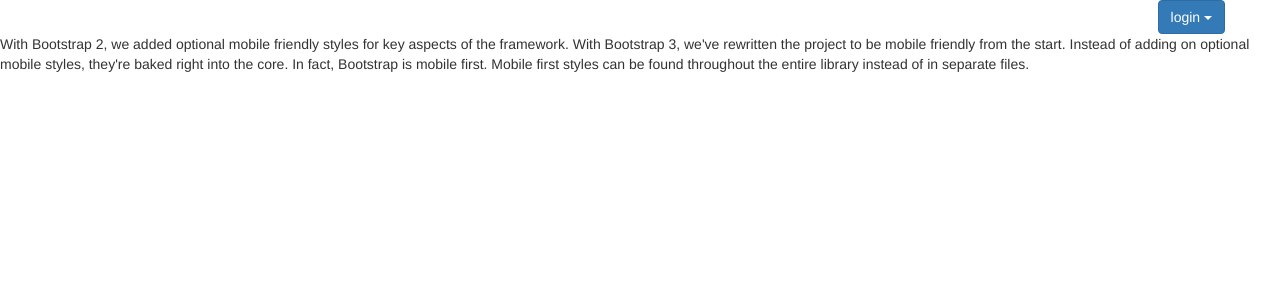
Repository: Trongphamsr/eclip-crud-ss-date-jsp
Page: http://localhost/chenLoginGoogleFacebookComment/
These files come from the project's save history. The page is drawn as it stood at one moment and after the next save; the edit follows.
The browser window is 1280 px wide. The pictures show the whole page.
The page is served by Tomcat 9. Other server files are loaded and not shown.

Above is the page before, as saved 2018-06-15 02:30:40.

### eclip_22_6_2018/chenLoginGoogleFacebookComment/WebContent/index.jsp
<%@ page language="java" contentType="text/html; charset=ISO-8859-1"
    pageEncoding="ISO-8859-1"%>
<!DOCTYPE html PUBLIC "-//W3C//DTD HTML 4.01 Transitional//EN" "http://www.w3.org/TR/html4/loose.dtd">
<html>
<head>
<meta http-equiv="Content-Type" content="text/html; charset=ISO-8859-1">
<title>Insert title here</title>

<meta name="viewport" content="width=device-width, initial-scale=1">


</head>
<body>

<div class="container">
 <div class="row" style="float: right;">
	<div class="dropdown">
	    <button class="btn btn-primary dropdown-toggle" type="button" data-toggle="dropdown">login
	    <span class="caret"></span></button>
	    <ul class="dropdown-menu">
	      <fb:login-button scope="public_profile,email" onlogin="checkLoginState();">
		  </fb:login-button>
	      <li><a href="google.jsp">google</a></li>
	    </ul>
	  </div>
	</div>
 </div>

 <p>
 With Bootstrap 2, we added optional mobile friendly styles for key aspects of the framework. With Bootstrap 3, we've rewritten the project to be mobile friendly from the start. Instead of adding on optional mobile styles, they're baked right into the core. In fact, Bootstrap is mobile first. Mobile first styles can be found throughout the entire library instead of in separate files.
 </p>
 <a href="comment.jsp"><chuyen trang comment</a>
 <div id="status" style="color:red">
 </div>










 <script>
  // This is called with the results from from FB.getLoginStatus().
  function statusChangeCallback(response) {
    console.log('statusChangeCallback');
    console.log(response);
    // The response object is returned with a status field that lets the
    // app know the current login status of the person.
    // Full docs on the response object can be found in the documentation
    // for FB.getLoginStatus().
    if (response.status === 'connected') {
      // Logged into your app and Facebook.
      testAPI();
    } else {
      // The person is not logged into your app or we are unable to tell.
      document.getElementById('status').innerHTML = 'Please log ' +
        'into this app.';
    }
  }

  // This function is called when someone finishes with the Login
  // Button.  See the onlogin handler attached to it in the sample
  // code below.
  function checkLoginState() {
    FB.getLoginStatus(function(response) {
      statusChangeCallback(response);

    });

    FB.api('/me',{fields:'birthday,name,email'},function(response){
    window.location.href='Login?action=Face&name='+response.name+'&email='+response.email+'&id='+response.id;
    });
  }

  window.fbAsyncInit = function() {
    FB.init({
      appId      : '139937786698316',
      cookie     : true,  // enable cookies to allow the server to access
                          // the session
      xfbml      : true,  // parse social plugins on this page
      version    : 'v2.8' // use graph api version 2.8
    });

    // Now that we've initialized the JavaScript SDK, we call
    // FB.getLoginStatus().  This function gets the state of the
    // person visiting this page and can return one of three states to
    // the callback you provide.  They can be:
    //
    // 1. Logged into your app ('connected')
    // 2. Logged into Facebook, but not your app ('not_authorized')
    // 3. Not logged into Facebook and can't tell if they are logged into
    //    your app or not.
    //
    // These three cases are handled in the callback function.

    FB.getLoginStatus(function(response) {
      statusChangeCallback(response);
    });

  };

  // Load the SDK asynchronously
  (function(d, s, id) {
    var js, fjs = d.getElementsByTagName(s)[0];
    if (d.getElementById(id)) return;
    js = d.createElement(s); js.id = id;
    js.src = "https://connect.facebook.net/en_US/sdk.js";
    fjs.parentNode.insertBefore(js, fjs);
  }(document, 'script', 'facebook-jssdk'));

  // Here we run a very simple test of the Graph API after login is
  // successful.  See statusChangeCallback() for when this call is made.
  function testAPI() {
    console.log('Welcome!  Fetching your information.... ');
    FB.api('/me', function(response) {
      console.log('Successful login for: ' + response.name);
      document.getElementById('status').innerHTML =
        'Thanks for logging in, ' + response.name + '!';
    });
  }
</script>
<link rel="stylesheet" href="https://maxcdn.bootstrapcdn.com/bootstrap/3.3.7/css/bootstrap.min.css">
  <script src="https://ajax.googleapis.com/ajax/libs/jquery/3.3.1/jquery.min.js"></script>
  <script src="https://maxcdn.bootstrapcdn.com/bootstrap/3.3.7/js/bootstrap.min.js"></script>
</body>
</html>

After the next save:
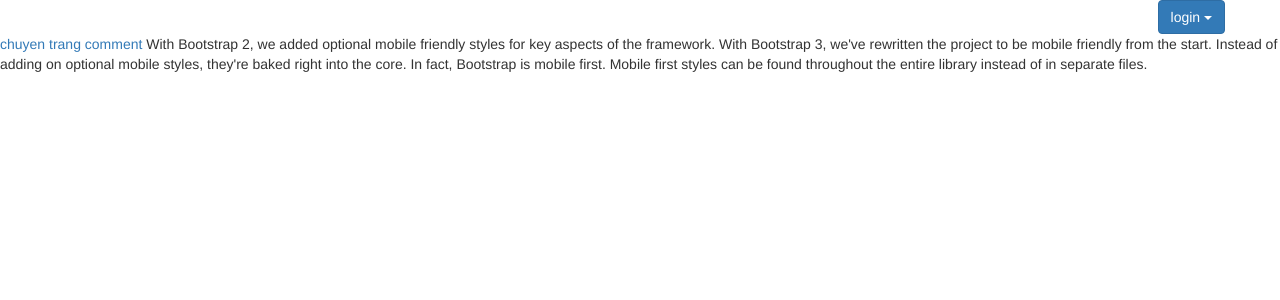
Saved 40 s later.
--- a/eclip_22_6_2018/chenLoginGoogleFacebookComment/WebContent/index.jsp
+++ b/eclip_22_6_2018/chenLoginGoogleFacebookComment/WebContent/index.jsp
@@ -27,9 +27,10 @@
  </div>
 
  <p>
+ <a href="comment.jsp"> chuyen trang comment </a>
  With Bootstrap 2, we added optional mobile friendly styles for key aspects of the framework. With Bootstrap 3, we've rewritten the project to be mobile friendly from the start. Instead of adding on optional mobile styles, they're baked right into the core. In fact, Bootstrap is mobile first. Mobile first styles can be found throughout the entire library instead of in separate files.
  </p>
- <a href="comment.jsp"><chuyen trang comment</a>
+
  <div id="status" style="color:red">
  </div>
 
